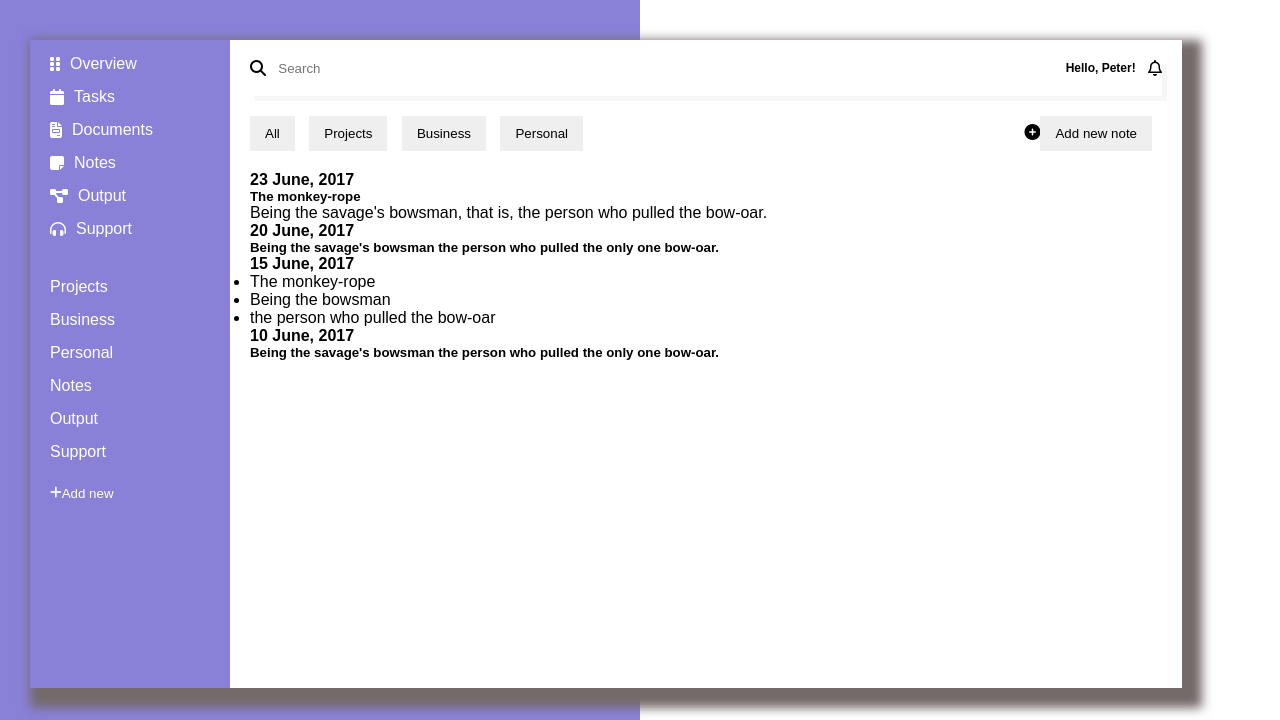
Repository: SatenikGabrielyan/HTML_CSS-_Assignment
Page: index.html
The author's editor kept a copy of each file at every save. The page is drawn from the files as they stood at one save, then again after a run of saves.
The browser window is 1280 px wide. The pictures show the whole page.
Some web libraries are served in a nearby version.

Above is the page before, as saved 2025-03-18 00:34:14.

### index.html
<!DOCTYPE html>
<html lang="en">
  <head>
    <meta charset="UTF-8" />
    <meta name="viewport" content="width=device-width, initial-scale=1.0" />
    <title>Notes App</title>
    <link rel="stylesheet" href="./style.css" />
    <script src="https://kit.fontawesome.com/858d305f19.js" crossorigin="anonymous"></script>
</head>
  <body>
      <div class="cont">
          <div class="purp"></div>
          <div class="whit"></div>
      </div>
    <div class="container">
      <aside class="sidebar">
        <!-- <header class="circle">
            <i class="fa-regular fa-circle"></i>
        </header> -->
        <nav>
            <ul class="first">
                <li><i class="fa-solid fa-grip-vertical"></i>Overview</li>
                <li> <i class="fa-solid fa-calendar"></i>Tasks</li>
                <li><i class="fa-solid fa-file-invoice"></i>Documents</li>
                <li><i class="fa-solid fa-note-sticky"></i>Notes</li>
                <li><i class="fa-solid fa-diagram-project"></i>Output</li>
                <li><i class="fa-solid fa-headphones-simple"></i>Support</li>
            </ul>
            <ul class="second">
                <li>Projects</li>
                <li>Business</li>
                <li>Personal</li>
                <li>Notes</li>
                <li>Output</li>
                <li>Support</li>
            </ul>
        </nav>
        <button class="add-new"><i class="fa-solid fa-plus"></i>Add new</button>
        <div class="foot">

        </div>
    </aside>

    <main class="main-content">
       <div class="header">
            <i class="fas fa-search"></i>  <input type="text" placeholder="Search">
            <h3>Hello, Peter!</h3> <i class="fa-regular fa-bell"></i>
    </div>
    <div class="proj">
        <div class="but">
        <div class="tabs">
            <button>All</button>
            <button>Projects</button>
            <button>Business</button>
            <button>Personal</button>
        </div>
        <div >
            <i class="fa-solid fa-circle-plus"></i><button class="add tabs">Add new note</button>
        </div>
    </div>
        <!-- <div class="notes-grid">

            <div class="note-card">
                <h4>23 June, 2017</h4>
                <h5>The monkey-rope</h5>
                <p>Being the savage's bowsman, that is, the person who pulled the bow-oar.</p>
            </div>
            <div class="note-card">
                <h4>20 June, 2017</h4>
                <h5>Being the savage's bowsman</h5>
                <p>The person who pulled the only one bow-oar.</p>
            </div>
            <div class="note-card">
                <h4>1 June, 2017</h4>
                <h5>Vacation!</h5>
            </div>
            <div class="note-card">
                <h4>25 May, 2017</h4>
                <h5>The monkey-rope</h5>
                <p>Being the savage's bowsman, that is, the person who pulled the bow-oar.</p>
            </div>
            <div class="note-card">
                <h4>20 May, 2017</h4>
                <h5>New workplace</h5>
            </div>
            <div class="note-card">
                <h4>5 May, 2017</h4>
                <h5>That is, the person</h5>
                <p>Being the savage.</p>
            </div>
        </div> -->
        <div class="cards">
            <div class="card">
                <h4>23 June, 2017</h4>
                <h5>The monkey-rope</h5>
                <p>Being the savage's bowsman, that is, the person who pulled the bow-oar.</p>
            </div>
            <div class="card">
                <h4>20 June, 2017</h4>
                <h5>Being the savage's bowsman the person who pulled the only one bow-oar.</h5>
            </div>
            <div class="card">
                <h4>15 June, 2017</h4>
                <ul>
                <li>The monkey-rope</li>
                <li>Being the bowsman</li>
                <li>the person who pulled the bow-oar</li>
            </ul>
            </div>
            <div class="card">
                <h4>10 June, 2017</h4>
                <h5>Being the savage's bowsman the person who pulled the only one bow-oar.</h5>
            </div>
        </div>
    </div>
    </main>

    </div>

  </body>
</html>

### style.css
/* CSS Variables for Colors */
:root {
    --bg-color: #fbfbfb;
    --primary-color: #8981d8;
    --secondary-color: #d0d0d0;
    --text-color: #858499;
    --highlight-color: #7f77cc;
    --hover-color: rgba(137, 129, 216, 0.5);
  }


  * {
    margin: 0;
    padding: 0;
    box-sizing: border-box;
  }

  body {
    font-family: Arial, sans-serif;
    /* background-color: var(--bg-color); */
    display: flex;
    height: 100vh;
  }
  .wrapper{
    position: relative;
  }

  .cont{
      display: flex;
      width: 100%;
      position: relative;
      z-index: -1;
      border-radius: 10px;
  }
.purp {
    width: 50%;
    background-color: var(--primary-color);
    flex-direction: row;
}
.whit {
    width: 50%;
    /* background-color: lightgray; */
    flex-direction: row;
}
  .container {
    display: flex;
    width: 90%;
    height: 90%;

    box-shadow: 10px 10px 10px 10px rgb(116, 106, 106);
    margin-left: 30px;
    margin-right: 30px;
    margin-top: 40px;
    margin-bottom: 80px;
    background: center;
    position: absolute;
    z-index: 2;
  }

   .sidebar {
    width: 200px;
    background-color: var(--primary-color);
    color: #fff;
    display: flex;
    flex-direction: column;
    /* padding: 20px; */
  }

  /* .main-content li {
    float: left;
  }

  .main-content li a {
    display: block;
    color: white;
    text-align: center;
    padding: 14px 16px;
    text-decoration: none;
  }

  .main-content li a:hover:not(.active) {
    background-color: #111;
  } */
  /* .first {
    list-style-type: none;
     list-style: none;
} */
.first li {
    margin: 15px 0;
    display: flex;
    align-items: center;
    cursor: pointer;
    padding-left: 20px;
}
  .sidebar-header h2 {
    margin-bottom: 20px;
  }

  .first li i {
    margin-right: 10px;
  }
  .second {
      margin-top: 40px;
  }
 .second li {
    margin: 15px 0;
    display: flex;
    align-items: center;
    cursor: pointer;
    padding-left: 20px;
 }
 .second li::marker {
    color: red;
  }
  .main-content {
    background-color: white;
    /* width: 200px; */
    flex-grow: 1;
    flex: 1;
    /* padding-top: 20px; */
     padding: 20px;
    /* overflow-y: auto;  */
  }

   /* header {
    display: flex;
    justify-content: space-between;
    align-items: center;
    margin-bottom: 20px;
  } */

  /*
  .header-left p {
    font-size: 1.2em;
    color: var(--text-color);
  }

  .header-right {
    display: flex;
    align-items: center;
  }

  .header-right i {
    margin-right: 20px;
    cursor: pointer;
  }

  .add-note-btn {
    background-color: var(--primary-color);
    color: #fff;
    border: none;
    padding: 10px 20px;
    cursor: pointer;
    display: flex;
    align-items: center;
  }

  .add-note-btn i {
    margin-right: 10px;
  }


  .notes-grid {
    display: grid;
    grid-template-columns: repeat(auto-fill, minmax(300px, 1fr));
    gap: 20px;
  }

  .note-item {
    background-color: #fff;
    border-radius: 8px;
    box-shadow: 0 2px 4px rgba(0, 0, 0, 0.1);
    overflow: hidden;
    display: flex;
    flex-direction: column;
    padding: 20px;
  }

  .note-item img {
    width: 100%;
    height: auto;
    border-radius: 8px;
    margin-bottom: 15px;
  }

  .note-item p {
    color: var(--text-color);
    font-size: 1em;
    line-height: 1.5;
  }


  .sidebar-list li:hover {
    background-color: var(--highlight-color);
    transition: background-color 0.3s ease;
  }


  @media (max-width: 768px) {
    .container {
      flex-direction: column;
    }

    .sidebar {
      width: 100%;
      flex-direction: row;
      justify-content: space-around;
      padding: 10px;
    }

    .sidebar-list {
      display: flex;
      flex-direction: row;
      gap: 15px;
    }

    .sidebar-list li {
      margin: 0;
    }

    .main-content {
      padding: 10px;
    }

    header {
      flex-direction: column;
      align-items: flex-start;
    }

    .header-right {
      margin-top: 10px;
    }

    .notes-grid {
      grid-template-columns: 1fr;
    }

    .note-item {
      padding: 10px;
    }

    .note-item img {
      margin-bottom: 10px;
    }
  } */
  /* .sidebar {
    background-color: #5e4b9a;
    color: white;
    width: 300px;
    padding: 20px;
} */

/* .sidebar header {
    font-size: 24px;
}

.sidebar nav ul {
    list-style: none;
    padding: 0;
}

.sidebar nav ul li {
    margin: 15px 0;
} */

.add-new {
    background-color: var(--primary-color);
    color: white;
    border: none;
    padding: 10px;
    cursor: pointer;
    display: flex;
    padding-left: 20px;
}

.header {
    display: flex;
    width: 100%;
    justify-content: space-between;
    align-items: center;
    background-color: white;
    box-shadow: 5px  5px rgb(247, 246, 246);
    padding-bottom: 20px;
}

.header input {
    border: none;
    margin: 0;
    width: 85%;
}

.header h3 {
    margin: 0;
    font-size: 12px;
}

.tabs {
    margin: 20px 0;
}

.tabs button {
    margin-right: 10px;
    padding: 10px 15px;
    border: none;
    /* background-color: #e2e2e2; */
    cursor: pointer;
}
.tabs :hover {
    background-color: var(--highlight-color);
    transition: background-color 0.3s ease;
  }

.notes-grid {
    display: grid;
    grid-template-columns: repeat(auto-fill, minmax(240px, 1fr));
    gap: 20px;
}
.but{
    display: flex;
    flex-direction: row;
    justify-content: space-between;
}
.add {
    margin-right: 10px;
    padding: 10px 15px;
    border: none;
    cursor: pointer;
}

.note-card {
    border: 1px solid #e2e2e2;
    border-radius: 10px;
    padding: 15px;
    background-color: #f9f9f9;
}

.note-card h4 {
    margin: 0;
    font-weight: normal;
}

.note-card h5 {
    margin: 10px 0;
}

After the next 2 saves:
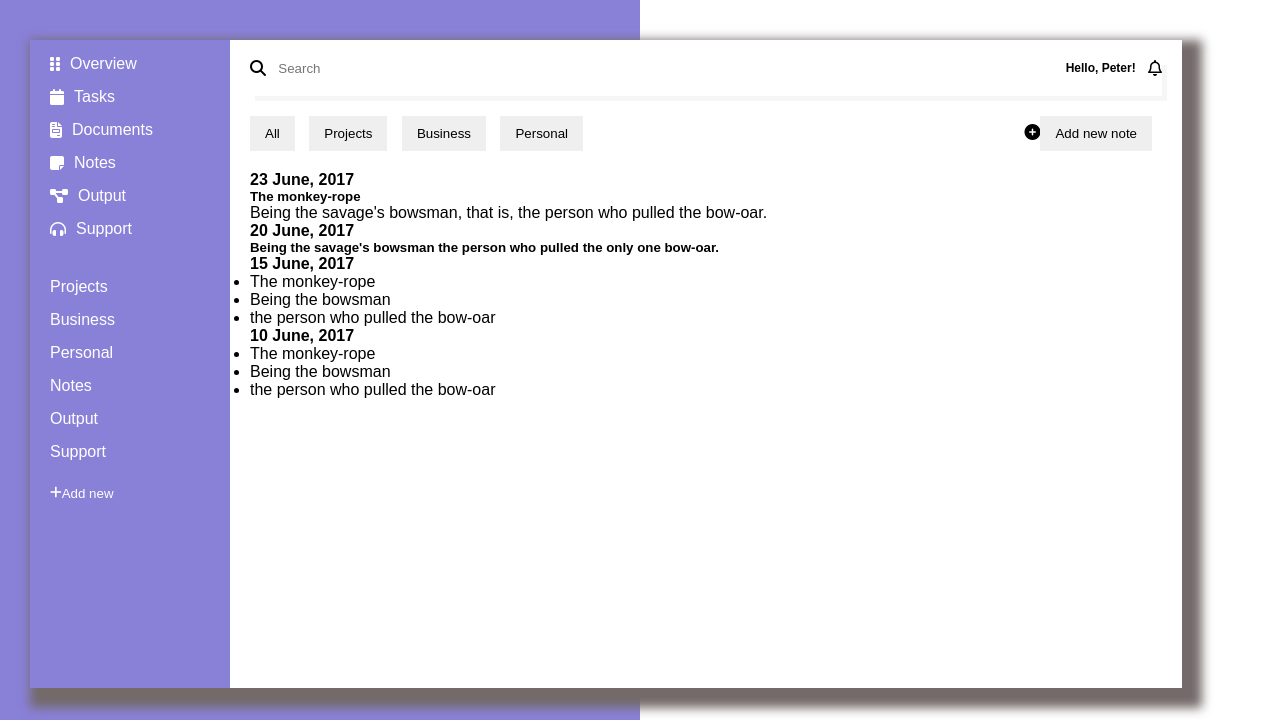
The 2 saves are shown as one change because they came seconds apart.
The last was saved 19 s later.
--- a/index.html
+++ b/index.html
@@ -109,7 +109,11 @@
             </div>
             <div class="card">
                 <h4>10 June, 2017</h4>
-                <h5>Being the savage's bowsman the person who pulled the only one bow-oar.</h5>
+                <ul>
+                    <li>The monkey-rope</li>
+                    <li>Being the bowsman</li>
+                    <li>the person who pulled the bow-oar</li>
+                </ul>
             </div>
         </div>
     </div>
